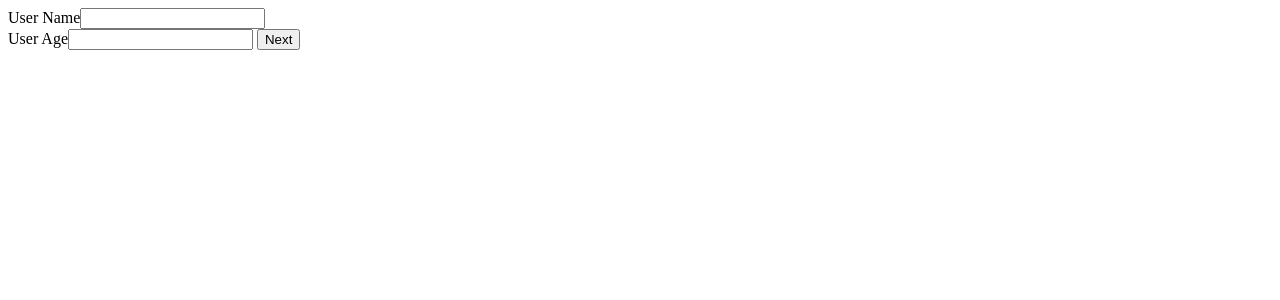
Repository: HashmiAalam/ServletBasicsByAlam
Page: com.dss.session/src/main/webapp/form2.html
The author's editor kept a copy of each file at every save. The page is drawn from the files as they stood at one save, then again after the next save.
The browser window is 1280 px wide. The pictures show the whole page.

Above is the page before, as saved 2022-10-19 05:11:08.

### com.dss.session/src/main/webapp/form2.html
<!DOCTYPE html>
<html>
<body>
<form action="first.jsp" method="post">
User Name<input type="text" name="username"/><br>
User Age<input type="text" name="age"/>
<input type="submit" value="Next">
</form>
</body>
</html>

After the next save:
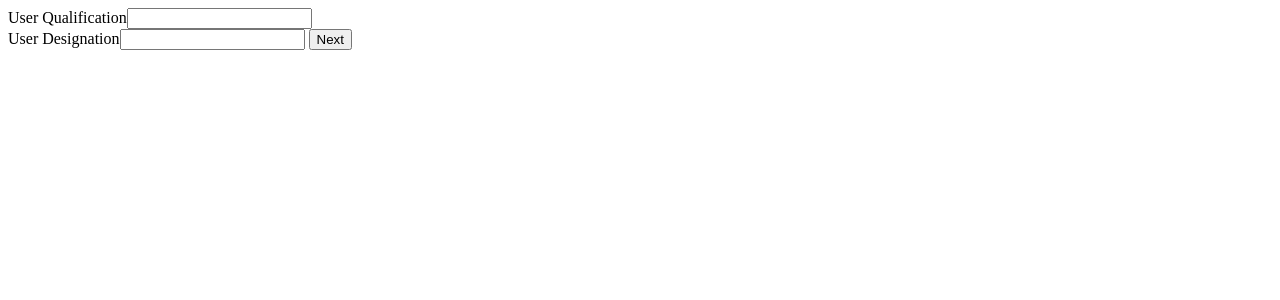
Saved 118 s later.
--- a/com.dss.session/src/main/webapp/form2.html
+++ b/com.dss.session/src/main/webapp/form2.html
@@ -1,9 +1,9 @@
 <!DOCTYPE html>
 <html>
 <body>
-<form action="first.jsp" method="post">
-User Name<input type="text" name="username"/><br>
-User Age<input type="text" name="age"/>
+<form action="second.jsp" method="post">
+User Qualification<input type="text" name="qualification"/><br>
+User Designation<input type="text" name="designation"/>
 <input type="submit" value="Next">
 </form>
 </body>
